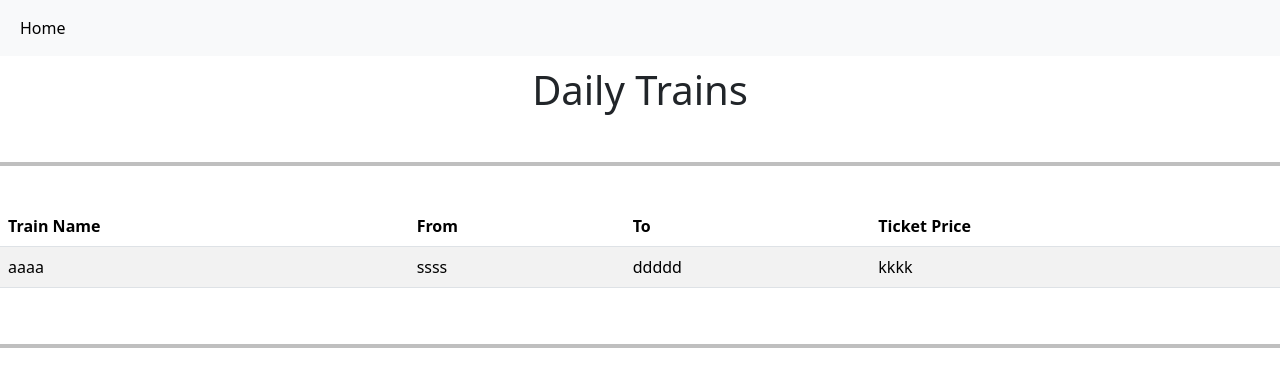
Repository: SachinUthpala/Railway-Reservation
Page: http://localhost/Railway/Curent_sv
An editor plug-in stored every save of this project. The page is shown before and after the next save, followed by the edit.
The browser window is 1280 px wide. The pictures show the whole page.
The page is served by Tomcat 9. Other server files are loaded and not shown.

Above is the page before, as saved 2023-05-19 18:53:41.

### Railway/src/main/webapp/Admin/updateAdmin/CurrentAdmins.jsp
<%@ page language="java" contentType="text/html; charset=UTF-8"
    pageEncoding="UTF-8"%>




<!DOCTYPE html>
<html>
<head>
<meta charset="UTF-8">
<title>Trains</title>
<!-- Boostrapp CDN link -->
    <link href="https://cdn.jsdelivr.net/npm/bootstrap@5.3.0-alpha3/dist/css/bootstrap.min.css" rel="stylesheet" integrity="sha384-KK94CHFLLe+nY2dmCWGMq91rCGa5gtU4mk92HdvYe+M/SXH301p5ILy+dN9+nJOZ" crossorigin="anonymous">
</head>
<body>

    <nav class="navbar navbar-expand-lg bg-body-tertiary">
			  <div class="container-fluid">
			    <div class="collapse navbar-collapse" id="navbarSupportedContent">
			      <ul class="navbar-nav me-auto mb-2 mb-lg-0">
			        <li class="nav-item">
			          <a class="nav-link active" aria-current="page" href="Reserve/reserve.jsp">Home</a>
			        </li>
			      </ul>
			    </div>
			  </div>
			</nav>

	<div class="trains" id="trains">
  <h1 style="padding-top: 10px;"><center> Daily Trains </center></h1>
  <br>
  <hr style="border: 2px solid #000000;">
  <br>


  <table class="table table-striped table-hover">
  <thead>
    <tr>
      <th scope="col">Train Name</th>
      <th scope="col">From</th>
      <th scope="col">To</th>
      <th scope="col">Ticket Price</th>
    </tr>
  </thead>
  <tbody>


    <tr>
      <td>aaaa</td>
      <td>ssss</td>
      <td>ddddd</td>
      <td>kkkk</td>
    </tr>


  </tbody>
</table>

<br>
  <hr style="border: 2px solid #000000;">
  <br>
</div>
</body>
</html>

### Railway/src/main/java/UpdateAdmin/Curent_sv.java
package UpdateAdmin;

import java.io.IOException;

import javax.servlet.RequestDispatcher;
import javax.servlet.ServletException;
import javax.servlet.annotation.WebServlet;
import javax.servlet.http.HttpServlet;
import javax.servlet.http.HttpServletRequest;
import javax.servlet.http.HttpServletResponse;

/**
 * Servlet implementation class Curent_sv
 */
@WebServlet("/Curent_sv")
public class Curent_sv extends HttpServlet {
	private static final long serialVersionUID = 1L;


	protected void doGet(HttpServletRequest request, HttpServletResponse response)
			throws ServletException, IOException {
		// TODO Auto-generated method stub
		RequestDispatcher rd = request.getRequestDispatcher("Admin/updateAdmin/CurrentAdmins.jsp");
		rd.forward(request, response);
	}



}

After the next save:
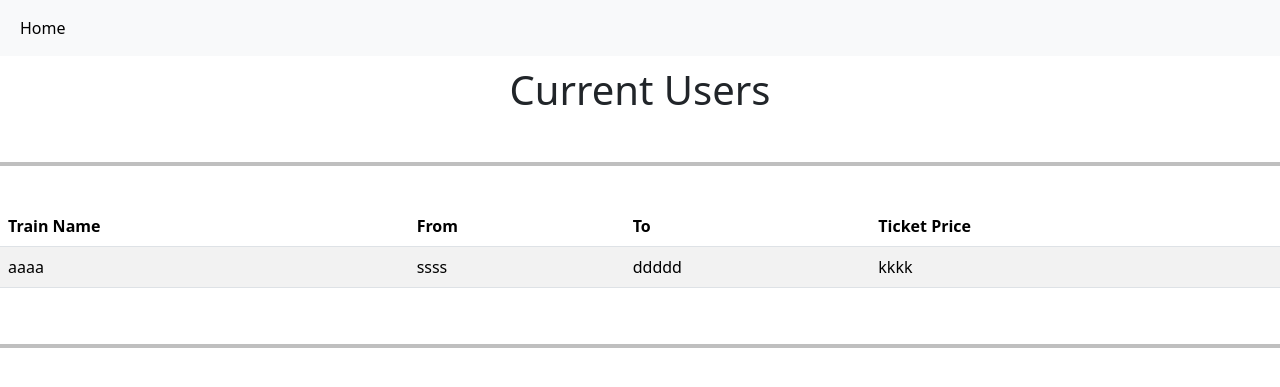
Saved 12 s later.
--- a/Railway/src/main/webapp/Admin/updateAdmin/CurrentAdmins.jsp
+++ b/Railway/src/main/webapp/Admin/updateAdmin/CurrentAdmins.jsp
@@ -27,7 +27,7 @@
 			</nav>
 
 	<div class="trains" id="trains">
-  <h1 style="padding-top: 10px;"><center> Daily Trains </center></h1>
+  <h1 style="padding-top: 10px;"><center> Current Users </center></h1>
   <br>
   <hr style="border: 2px solid #000000;">
   <br>
